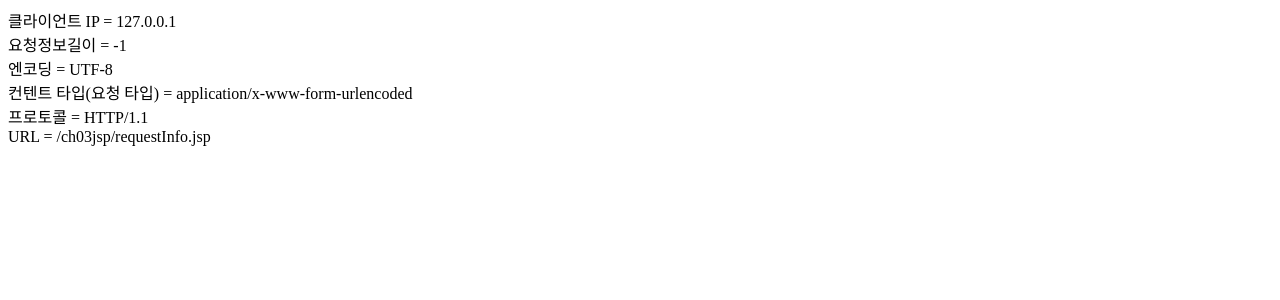
Repository: xo461/test
Page: http://localhost/ch03jsp/requestInfo.jsp
These files come from the project's save history. The page is drawn as it stood at one moment and after the next save; the edit follows.
The browser window is 1280 px wide. The pictures show the whole page.
The page is served by Tomcat 9.

Above is the page before, as saved 2019-11-13 01:50:25.

After the next save:
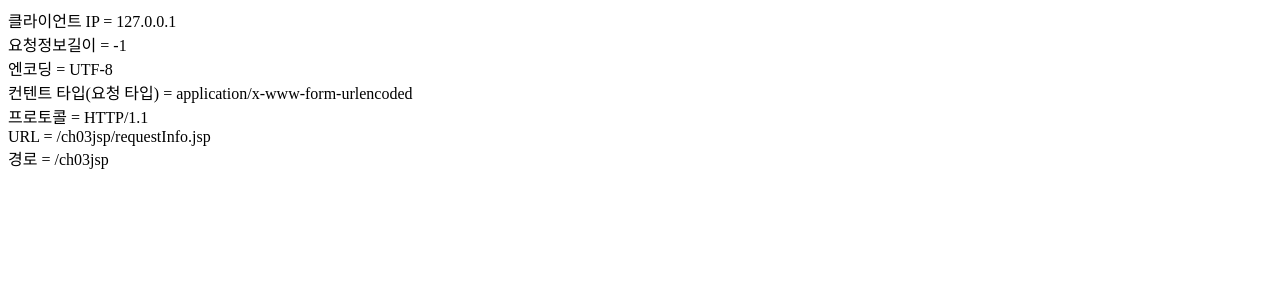
Saved 52 s later.
--- a/jsp/ch03jsp/WebContent/requestInfo.jsp
+++ b/jsp/ch03jsp/WebContent/requestInfo.jsp
@@ -17,5 +17,6 @@
 컨텐트 타입(요청 타입) = <%= request.getContentType() %><br/>
 프로토콜 = <%= request.getProtocol() %><br/>
 URL = <%= request.getRequestURI() %><br/>
+경로 = <%= request.getContextPath() %><br/>
 </body>
 </html>
